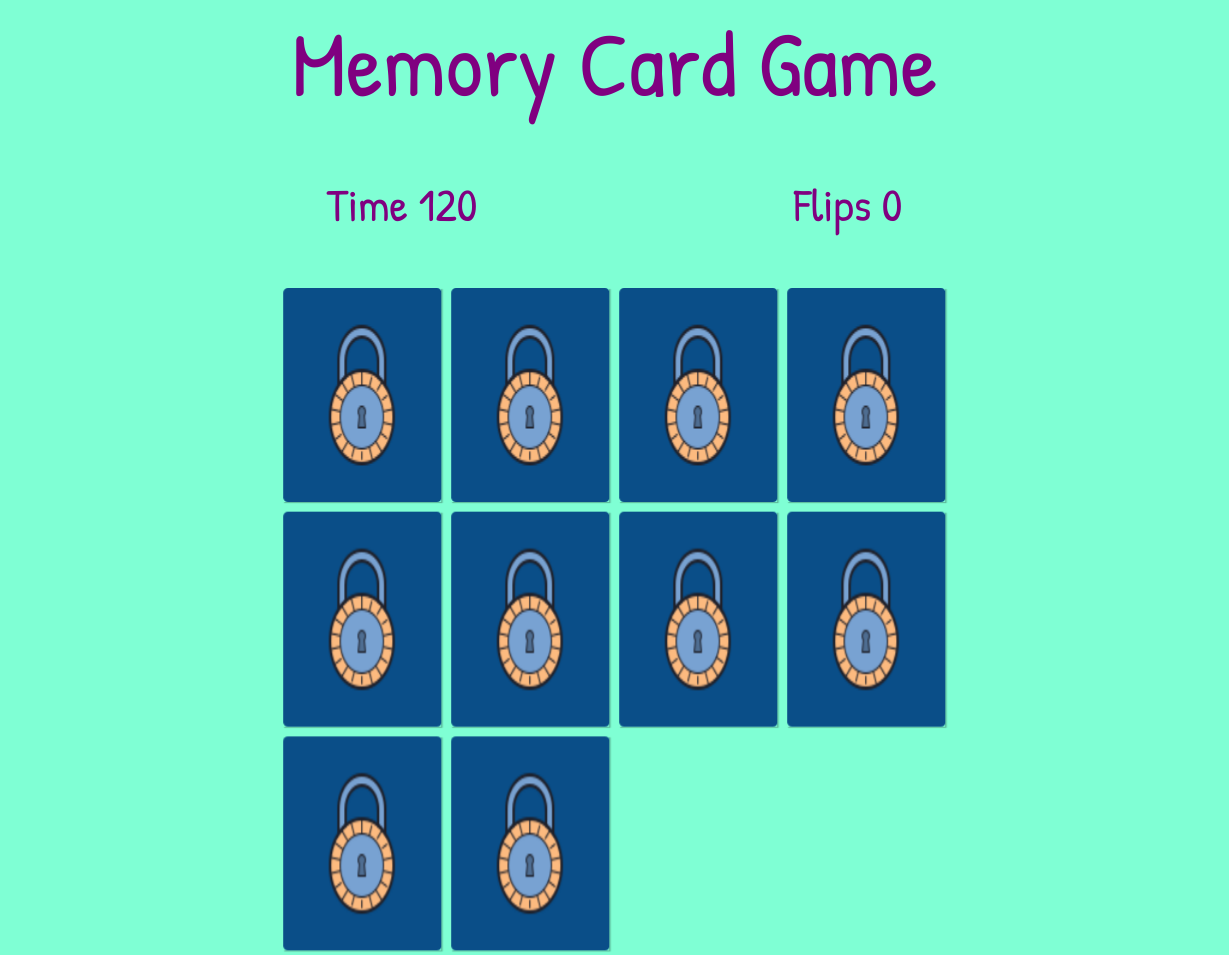
Repository: claudiadanaila1/Project-2--Interactive-FrontEnd---Memory-game
Page: index.html
The author's editor kept a record of every edit. The page is drawn from the files as they stood at one moment, then again after the next edit.
The browser window is 1280 px wide. The pictures show the whole page, at 96% of full size.

Above is the page before.

After the next edit:
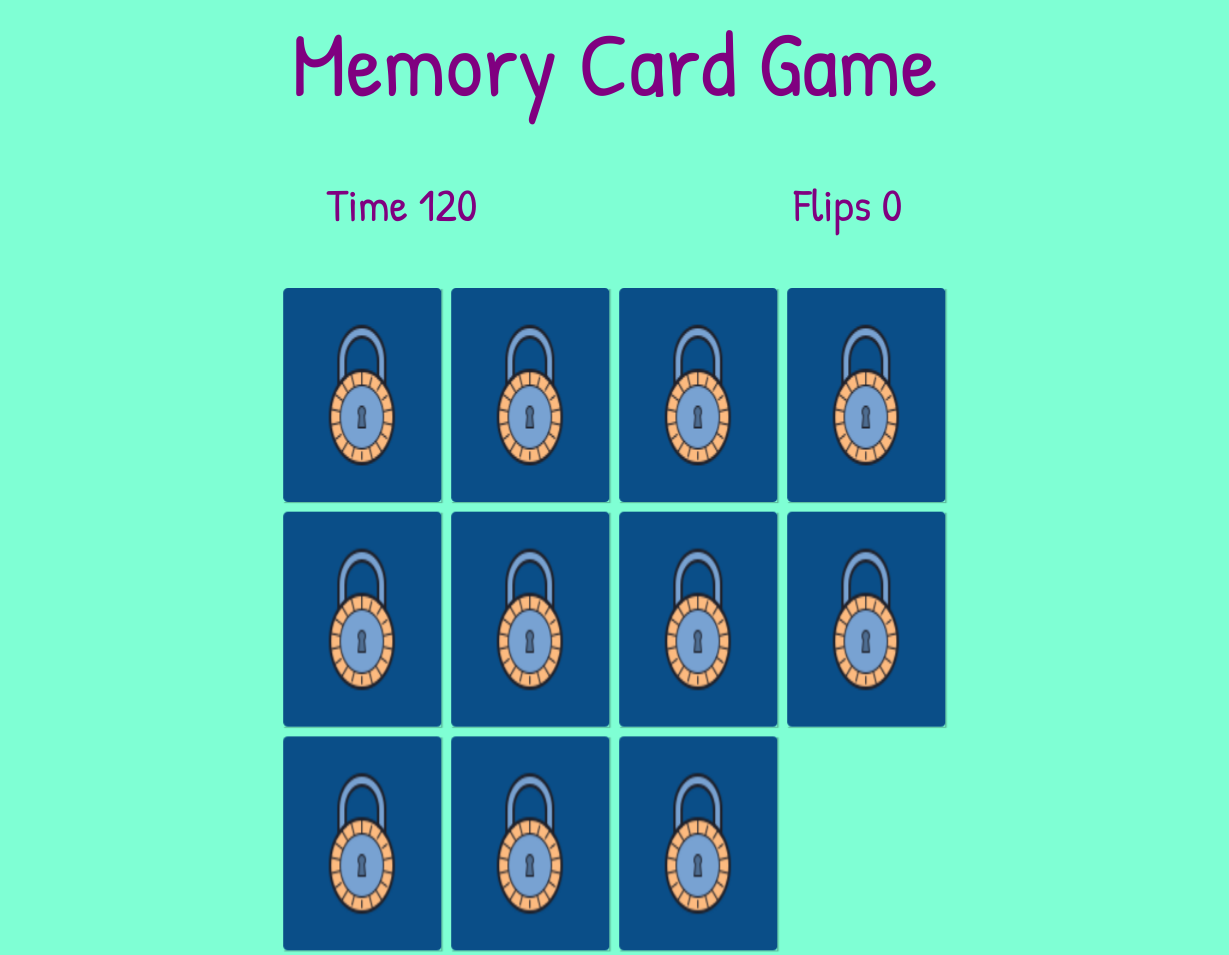
The edit:
--- a/index.html
+++ b/index.html
@@ -41,6 +41,10 @@
           <img class="card-back"  src="assets/images/icon8-lock.png" alt="lock" />
       </div>
       <div class="memory-card">
+          <img class="card-front" src="assets/images/jelly3.jpg" alt="jelly-fish"/>
+          <img class="card-back"  src="assets/images/icon8-lock.png" alt="lock" />
+      </div>
+      <div class="memory-card">
           <img class="card-front" src="assets/images/jelly4.jpg" alt="jelly-fish"/>
           <img class="card-back"  src="assets/images/icon8-lock.png" alt="lock" />
       </div>
